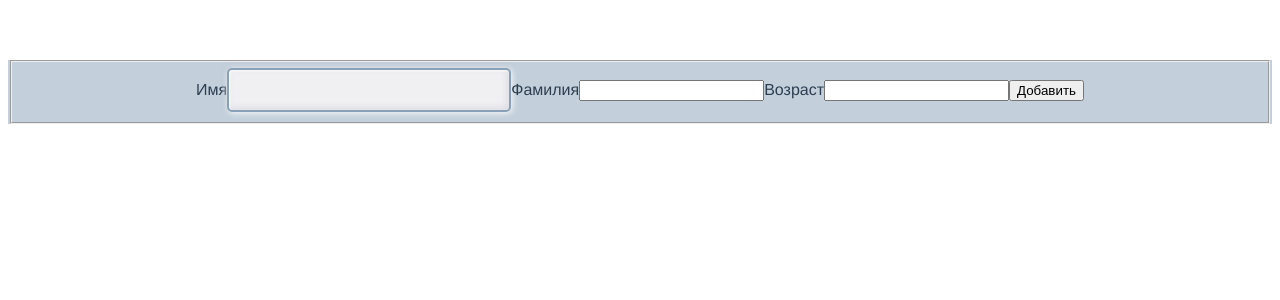
Repository: shum89/test-vue-table
Page: /
The author's editor kept a copy of each file at every save. The page is drawn from the files as they stood at one save, then again after the next save.
The browser window is 1280 px wide. The pictures show the whole page.
The first visible `.form__input` has the focus.
The project was rebuilt for these pictures with package versions that can differ from the ones it lists, and the page was loaded fresh each time. Also part of the build but not shown: vue.config.js.

Above is the page before, as saved 2021-07-18 14:11:24.

### src/App.vue
<template>
  <Form @submit="addData" />
  <Table @remove="removeData" :list="list" />
</template>
<script>
import { uuid } from 'vue-uuid';
import { ref } from 'vue';
import Form from './components/Form.vue';
import Table from './components/Table.vue';

export default {
  components: { Form, Table },
  setup() {
    const list = ref([]);

    const normalizeString = (str) => {
      const result = str.charAt(0).toUpperCase() + str.slice(1).toLowerCase();
      return result;
    };

    const addData = (person) => {
      list.value.push({
        firstName: normalizeString(person.firstName),
        lastName: normalizeString(person.lastName),
        age: person.age,
        id: uuid.v1(),
      });
    };

    const removeData = (id) => {
      list.value = list.value.filter((i) => i.id !== id);
    };

    return {
      list,
      addData,
      removeData,
    };
  },
};
</script>
<script></script>

<style>
body {
  --base: #090e10;
  --base1: #ebeff3;
  --base2: #c3d0db;
  --base3: #88a1b7;
  --input-shadow: 2px 2px 9px var(--base3), -2px -2px 9px var(--base1);
  --input-shadow-active: inset 2px 2px 6px var(--base3), inset -2px -2px 6px var(--base1),
    1px 1px 6px var(--base3), -1px -1px 6px var(--base1);
}
#app {
  font-family: Avenir, Helvetica, Arial, sans-serif;
  -webkit-font-smoothing: antialiased;
  -moz-osx-font-smoothing: grayscale;
  text-align: center;
  color: #2c3e50;
  margin-top: 60px;
  background: var(--base2);
  box-sizing: border-box;
}
.table__row-group {
  display: flex;
  align-items: center;
  flex-direction: column;
}
.table__row {
  display: grid;
  gap: 5px;
  grid-template-columns: repeat(3, 1fr);
  justify-content: center;
  max-width: 500px;
  width: 100%;
}
</style>

### src/components/Form.vue
<template>
  <form @submit.prevent="onSubmit">
    <fieldset>
      <label for="firstName">
        <span>Имя</span>
        <input class="form__input" v-model="person.firstName" type="text" id="firstName" />
      </label>

      <label for="lastName">
        <span>Фамилия</span>
        <input v-model="person.lastName" type="text" id="lastName" />
      </label>
      <label for="age">
        <span>Возраст</span>
        <input v-model="person.age" type="number" id="age" />
      </label>
      <button type="submit">Добавить</button>
    </fieldset>
  </form>
</template>

<script>
import { reactive } from 'vue';

export default {
  setup(_, { emit }) {
    const person = reactive({
      firstName: '',
      lastName: '',
      age: '',
    });
    const onSubmit = () => {
      emit('submit', person);
    };

    return { onSubmit, person };
  },

  name: 'Form',
  inheritAttrs: false,
};
</script>

<style scoped>
.form__input {
  border: none;
  appearance: none;
  width: 100%;
  max-width: 250px;
  border-radius: 10px;
  font-size: 15px;
  line-height: 20px;
  min-height: 20px;
  padding: 10px 15px;
  background: #f0f0f3;
  box-shadow: var(--input-shadow);
  border-radius: 5px;
  border-color: transparent;
}
.form__input:focus-within {
  box-shadow: inset 1px 1px 3px #ffffff, inset -1.5px -1.5px 6px rgba(174, 174, 192, 0.4),
    1px 1px 6px #ffffff, -1px -1px 6px rgba(174, 174, 192, 0.4);
  border: 2px solid #88a1b7;
  outline: 0;
}
</style>

### src/components/Table.vue
<template>
  <div v-if="list.length > 0" class="table" role="grid" aria-colcount="3">
    <div class="table__row-group" role="rowgroup">
      <div class="table__row" role="row">
        <span role="columnheader" aria-colindex="1">First Name</span>
        <span role="columnheader" aria-colindex="2">Last Name</span>
        <span role="columnheader" aria-colindex="3">Age</span>
      </div>
    </div>
    <div class="table__row-group" role="rowgroup">
      <div class="table__row" v-for="listItems in list" :key="listItems.id" role="row">
        <div aria-colindex="1" role="gridcell">
          <span> {{ listItems.firstName }}</span>
        </div>
        <div aria-colindex="2" role="gridcell">
          <span> {{ listItems.lastName }}</span>
        </div>
        <div aria-colindex="3" role="gridcell">
          <span>{{ listItems.age }}</span>
        </div>
        <button @click="removeData(listItems.id)">X</button>
      </div>
    </div>
  </div>
</template>

<script>
export default {
  props: {
    list: Array,
  },
  setup(_, { emit }) {
    const removeData = (id) => {
      emit('remove', id);
    };
    return { removeData };
  },
  name: 'Table',
};
</script>

<style></style>

Loaded but not shown: public/index.html (common file); src/main.js (common file)

After the next save:
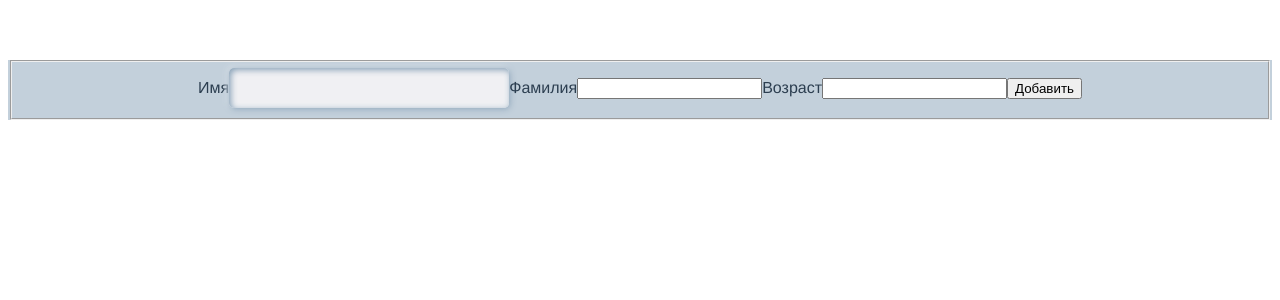
Saved 28 s later.
--- a/src/components/Form.vue
+++ b/src/components/Form.vue
@@ -58,9 +58,7 @@ export default {
   border-color: transparent;
 }
 .form__input:focus-within {
-  box-shadow: inset 1px 1px 3px #ffffff, inset -1.5px -1.5px 6px rgba(174, 174, 192, 0.4),
-    1px 1px 6px #ffffff, -1px -1px 6px rgba(174, 174, 192, 0.4);
-  border: 2px solid #88a1b7;
+  box-shadow: var(--input-shadow-active);
   outline: 0;
 }
 </style>
